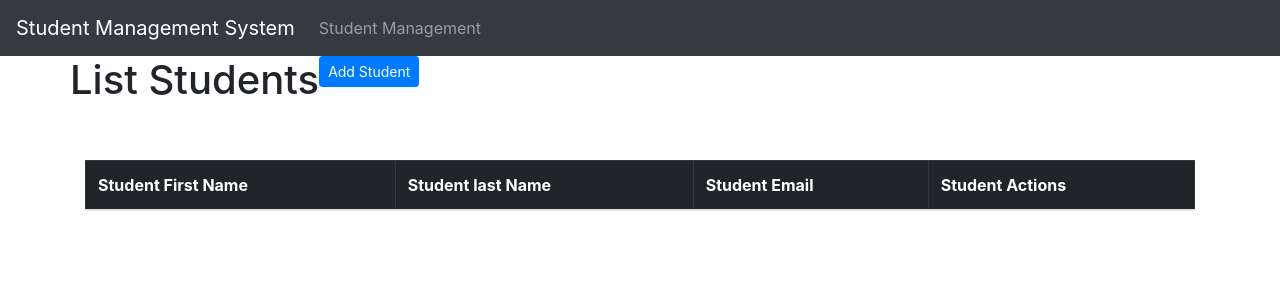
Repository: Sunnyrajverma1/Student_Management_System
Page: http://localhost/students
The author's editor kept a copy of each file at every save. The page is drawn from the files as they stood at one save, then again after the next save.
The browser window is 1280 px wide. The pictures show the whole page.
The page is this project's Thymeleaf template; nobody is signed in. The template is opened directly, without the code that normally fills it, so the values that code supplies are empty.

Above is the page before, as saved 2022-09-09 15:10:50.

After the next save:
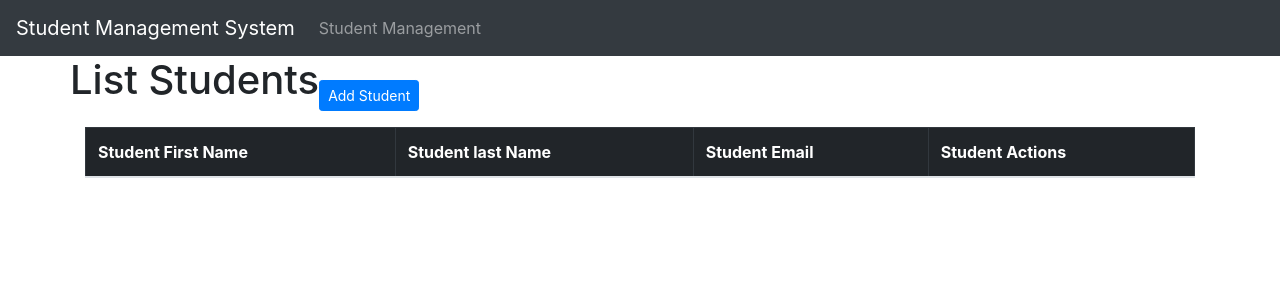
Saved 78 s later.
--- a/student-management-system/src/main/resources/templates/students.html
+++ b/student-management-system/src/main/resources/templates/students.html
@@ -33,11 +33,11 @@
 	<div class="container">
 		<div class="row">
 			<div>
-				<h1>List Students</h1><br></br>
+				<h1>List Students</h1>
 			</div>
 
 			<div class="row"><br>
-			<div class="col-lg-3">
+			<div class="col-lg-3"><br>
 				<a th:href ="@{/students/new}" class="btn btn-primary btn-sm mb-3">Add Student</a>
 			</div>
 			</div>
